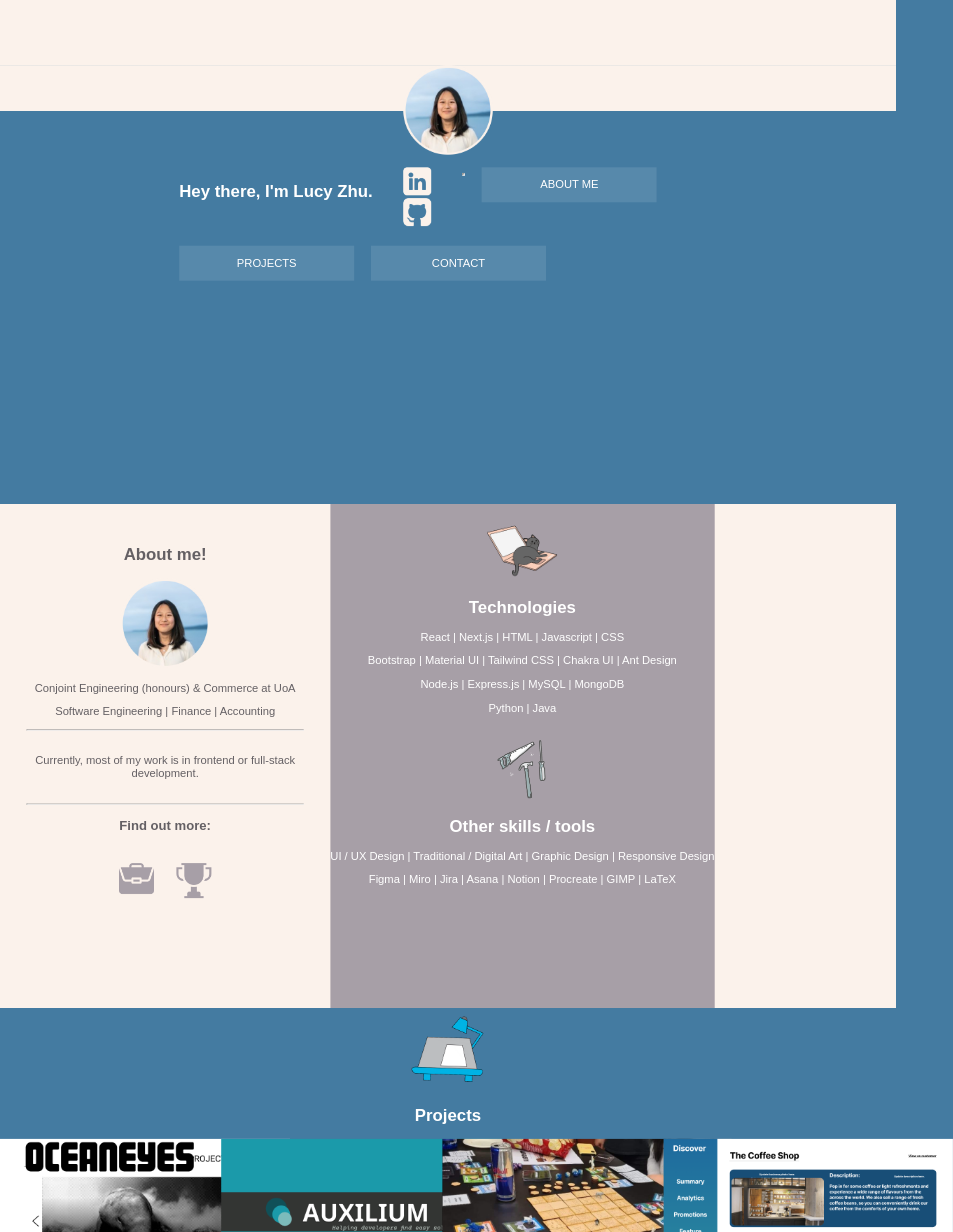
Repository: lukisoo/lukisoo-portfolio
Page: /
The author's editor kept a copy of each file at every save. The page is drawn from the files as they stood at one save, then again after the next save.
The browser window is 1280 px wide. The page is 1362 px wide, then 1280 px, so the pictures cover 1362 px, including what lies to the right of the window. The pictures show the part of the page from y = 0 to 1760 px (the page is 3306 px tall before and 3095 px after), at 70% of full size.
The project was rebuilt for these pictures with package versions that can differ from the ones it lists, and the page was loaded fresh each time.

Above is the page before, as saved 2022-07-31 17:58:38.

After the next save:
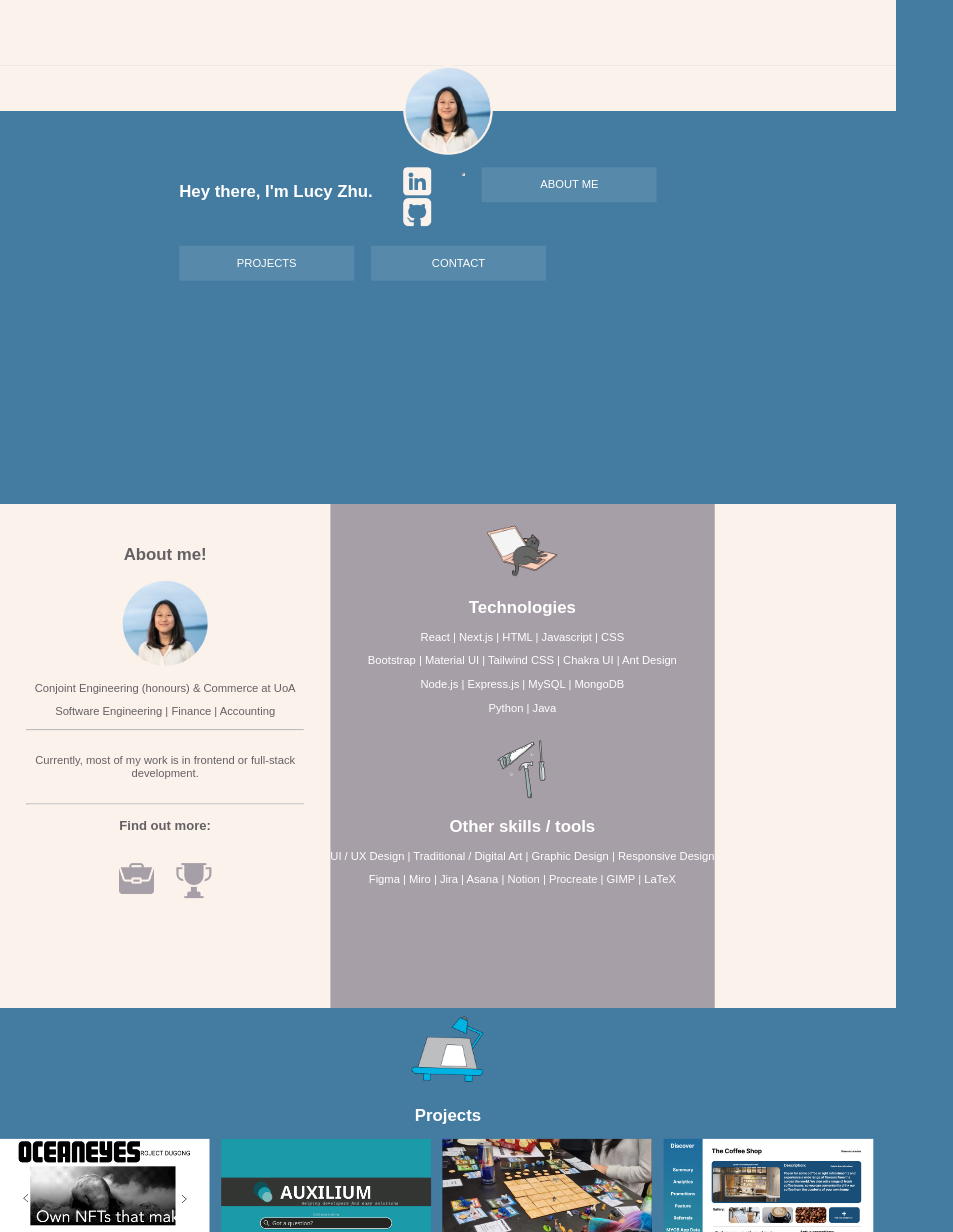
Saved 20 s later.
--- a/src/App.js
+++ b/src/App.js
@@ -202,7 +202,7 @@ function App() {
                 <div className="project-box">
                   <img
                     src={Project.header}
-                    className="project-header-images"
+                    className="project-header-image"
                     alt={Project.title}
                   />
                   <h3>{Project.title}</h3>
